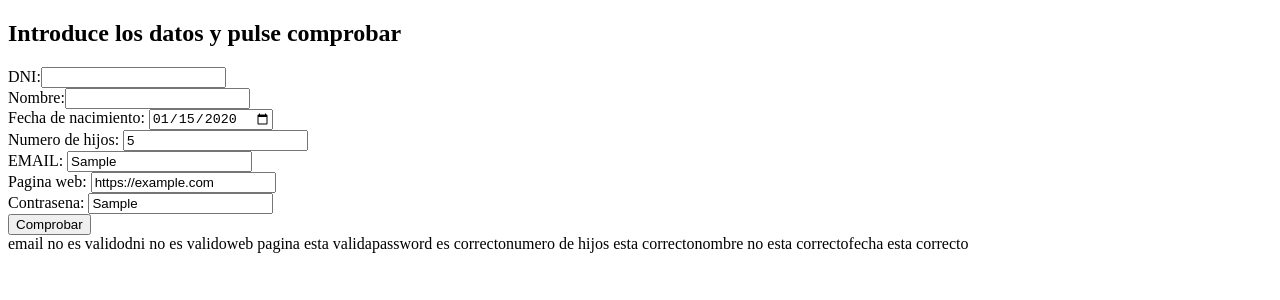
Repository: KoTvTrysaX01/2DAW-Desarrollo-WEB-en-Entorno-Cliente
Page: JAVASCRIPT/UD2/practica5/Actividad1/index.html
These files come from the project's save history. The page is drawn as it stood at one moment and after a run of saves; the edit follows.
The browser window is 1280 px wide. The pictures show the whole page.
Empty fields were first filled with sample values (such as "Sample", 5 or name@example.com).
After loading, the first visible `#registartionForm` was submitted once.

Above is the page before, as saved 2025-11-01 16:52:22.

### JAVASCRIPT/UD2/practica5/Actividad1/index.html
<!DOCTYPE html>
<html>
  <body>
    <h2>Introduce los datos y pulse comprobar</h2>
    <form id = "registartionForm" name="form1" method="post" action="" target=" _blank">
        DNI:<input id="dni" type="text" name="dni" ><br>
        Nombre:<input id="nombre" type="text" name="nombre" ><br>
        Fecha de nacimiento: <input id="fecha" type="date" name="fecha" ><br>
        Numero de hijos: <input type="number" name="hijos" id = "hijos" min = "0"><br>
        EMAIL: <input id = "email" type="text" name="email" ><br>
        Pagina web: <input type="url" name="web" id = "pagina" placeholder="http://www.ejemplo.com" required><br>
        Contrasena: <input type="text" name="contrasena" id = "password" ><br>
        <input type="submit" value = "Comprobar">
    </form>


    <div id="errorMessages"></div>
    <script src="script.js"></script>
  </body>
</html>

### JAVASCRIPT/UD2/practica5/Actividad1/script.js
let form = document.getElementById("registartionForm");
let emailInput = document.getElementById("email");
let error = document.getElementById("errorMessages");
let dni = document.getElementById("dni")
let passw = document.getElementById("password")
let web = document.getElementById("pagina")
let hijos = document.getElementById("hijos")
let nombreInput = document.getElementById("nombre")
let fecha = document.getElementById("fecha")
form.addEventListener("submit", (e) => {
  e.preventDefault();
  const emailForm = emailInput.value.trim();
  const password = passw.value.trim()
  function validEmail(emailForm) {
    return /^[a-z]*[@]{1}[a-z]*[\.]{1}[a-z]{2,3}$/g.test(emailForm);

  }
    function esValido(emailForm) {
      if (validEmail(emailForm)) {
        error.innerHTML = "email  e valido";
      } else {
        error.innerHTML = "email no es valido";
      }
    }
    esValido(emailForm);

    function validarDni(dni) {

      return /^[XYZ]?\d{5,8}[TRWAGMYFPDXBNJZSQVHLCKET]$/.test(dni)
    }
    function esValidoDni() {
      const valor = dni.value.trim();
      if (validarDni(valor)) {
        error.innerHTML += "dni es valido"
      } else {
        error.innerHTML += "dni no es valido"
        dni.value = ""
      }
    }
    esValidoDni()

    function validWeb(url) {
          return /^https?:\/\/(?:www\.)?[a-zA-Z0-9\-]+\.[a-zA-Z]{2,}(?:\/.*)?$/.test(url);
        }
    function esValidoWeb() {
      const urlvalid = web.value.trim()
      if(validWeb(urlvalid)) {
        error.innerHTML +="web pagina esta valida"
      } else {
        error.innerHTML += "web pagina no esta valida"
        web.value = " "

      }
    }
    esValidoWeb()

     function validarContrasena(passwor) {
      var p = passwor.length
      if(p <8 && p < 12) {
        error.innerHTML += "password es correcto"
      } else {
         error.innerHTML += "password  no es correcto"
         passw.value = ""
      }
     }
     validarContrasena(password)

     function validHijos(hijos) {
      if(hijos.value.length >=0 || hijos.value.length <= 10) {
         error.innerHTML += "numero de hijos esta correcto"
      } else {
         error.innerHTML += "numero de hijos no esta correcto"
         hijos.value = ""
      }
     }
     validHijos(hijos)
    const nom = nombreInput.value.trim()
     function validNombre(nombres) {
      return /^[a-zA-ZáéíóúÁÉÍÓÚñÑ]{2,40}( [a-zA-ZáéíóúÁÉÍÓÚñÑ]{2,40}){1,3}$/.test(nombres)
     }
     function isvalidNombre(nombres){
      if(validNombre(nombres)) {
         error.innerHTML += "nombre esta correcto"
      } else {
         error.innerHTML += "nombre no esta correcto"
         nombreInput.value = ""
      }
      }
     isvalidNombre(nom)

     const fechaValor = fecha.value.trim();

     function validFecha(fecha) {
          return /^(19|20)\d{2}-(0[1-9]|1[0-2])-(0[1-9]|[12]\d|3[01])$/.test(fecha)
     }
     function esValidFecha(fecha) {
      if (validFecha(fecha)) {
         error.innerHTML += "fecha esta correcto"
      } else {
         error.innerHTML += "fecha no esta correcto"
         fecha.value= ""
      }
     }
     console.log(fechaValor)

     esValidFecha(fechaValor)


});

After the next 2 saves:
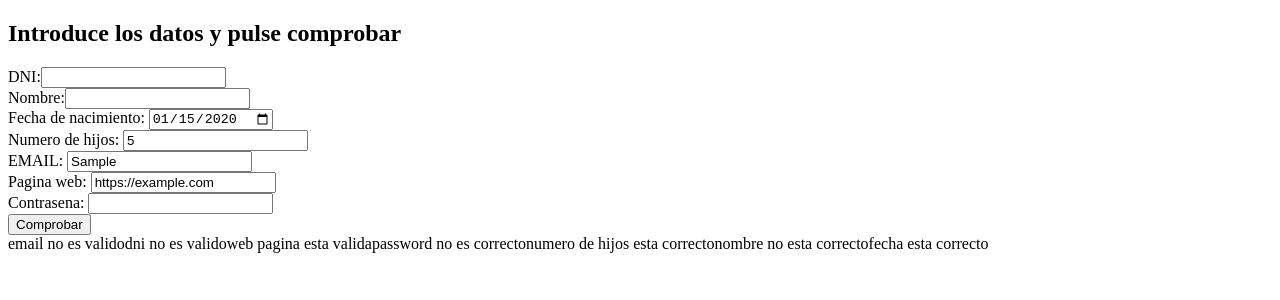
The 2 saves are shown as one change because they came seconds apart.
The last was saved 19 s later.
--- a/JAVASCRIPT/UD2/practica5/Actividad1/script.js
+++ b/JAVASCRIPT/UD2/practica5/Actividad1/script.js
@@ -56,7 +56,7 @@ form.addEventListener("submit", (e) => {
 
      function validarContrasena(passwor) {
       var p = passwor.length
-      if(p <8 && p < 12) {
+      if(p <8 && p >10) {
         error.innerHTML += "password es correcto"
       } else {
          error.innerHTML += "password  no es correcto"
